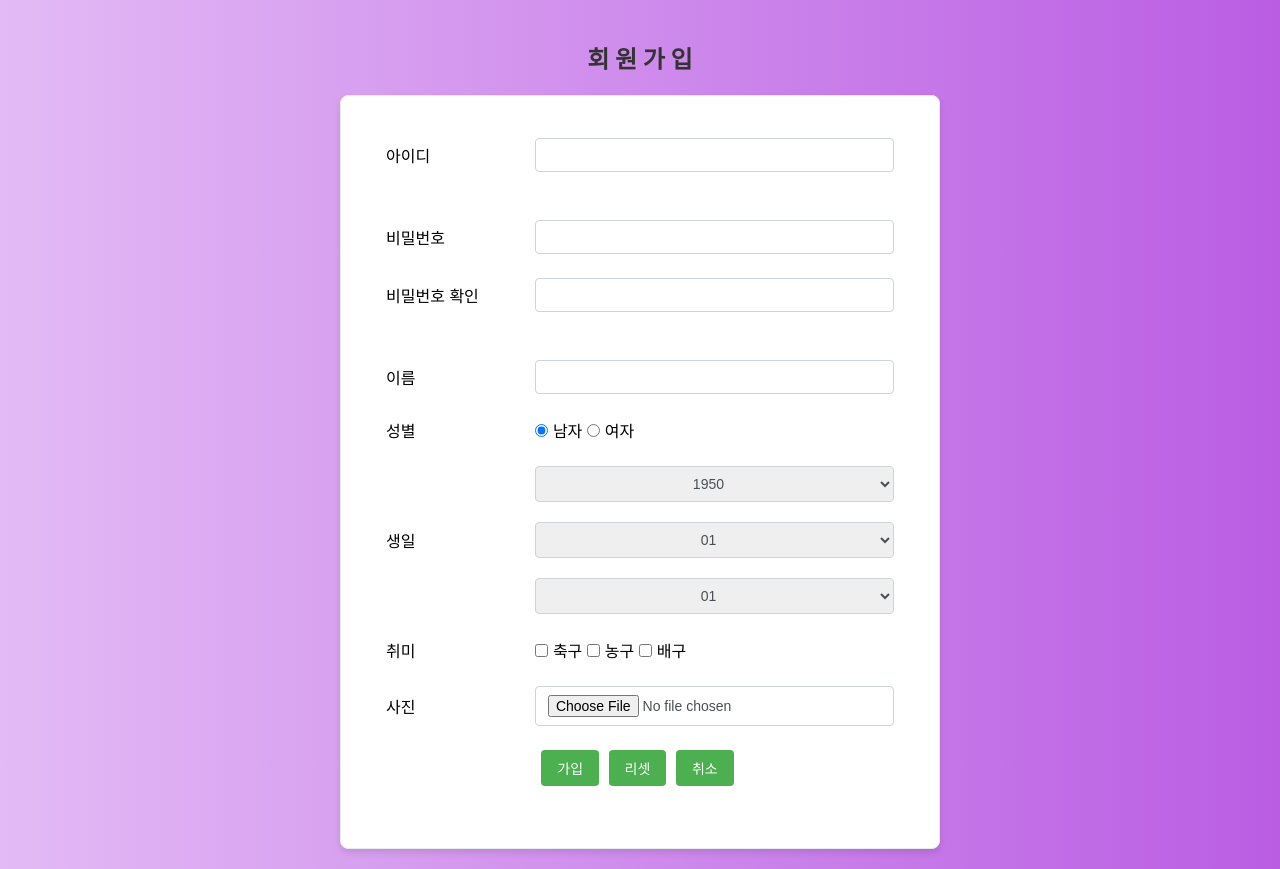
Repository: 1plus1equals3-true/Board-temp
Page: http://localhost/jsp/member/Join.jsp
These files come from the project's save history. The page is drawn as it stood at one moment and after the next save; the edit follows.
The browser window is 1280 px wide. The pictures show the whole page.
The page is served by Tomcat 9. Other server files are loaded and not shown.

Above is the page before, as saved 2025-09-16 02:27:49.

### jsp/src/main/webapp/member/Join.jsp
<%@ page language="java" contentType="text/html; charset=UTF-8"
    pageEncoding="UTF-8"%>
<%@ page import="java.util.Date" %>
<%@ page import="java.text.SimpleDateFormat" %>
<!DOCTYPE html>
<html>
<head>
<meta charset="UTF-8">
<title>회원가입</title>
<script src="https://code.jquery.com/jquery-3.7.1.min.js"></script>
<style>
/* 전역 스타일 */
*{
	margin: 0 auto;
	padding: 0;
	text-align: center;
	box-sizing: border-box;
}

body {
    background: linear-gradient(to right, #e3baf5, #ba5de3);
    font-family: -apple-system, BlinkMacSystemFont, "Segoe UI", Roboto, "Helvetica Neue", Arial, sans-serif;
}

/* 제목 스타일 */
h2 {
    color: #333;
    margin-top: 40px;
    margin-bottom: 20px;
}

/* 폼 컨테이너 */
form {
    background-color: #fff;
    padding: 30px;
    border: 1px solid #e9ecef;
    border-radius: 8px;
    width: 90%;
    max-width: 600px;
    margin: 20px auto;
    box-shadow: 0 4px 6px rgba(0,0,0,0.1);
}

/* 테이블 스타일 (게시판 테이블과 유사하게) */
table {
    width: 100%;
    border-collapse: collapse;
    margin-bottom: 20px;
}

table td {
    padding: 12px 15px;
    text-align: left;
}

/* 입력 필드, 선택 박스 스타일 (검색 폼과 유사하게) */
input[type="text"],
input[type="password"],
input[type="file"],
select {
    padding: 8px 12px;
    border: 1px solid #ced4da;
    border-radius: 4px;
    font-size: 14px;
    color: #495057;
    width: 100%;
    box-sizing: border-box;
}

/* 라디오 버튼, 체크박스 스타일 */
input[type="radio"],
input[type="checkbox"] {
    width: auto;
    margin-right: 5px;
}

/* 버튼 스타일 (게시판 글쓰기, 검색 버튼과 유사하게) */
input[type="submit"],
input[type="reset"],
button {
    padding: 8px 16px;
    border: none;
    border-radius: 4px;
    background-color: #4CAF50;
    color: white;
    font-size: 14px;
    cursor: pointer;
    transition: background-color 0.3s ease;
    margin-right: 5px;
}

input[type="submit"]:hover,
input[type="reset"]:hover,
button:hover {
    background-color: #0056b3;
}

</style>
</head>
<body>
<%
  Date today = new Date(); // 현재 날짜와 시간 객체 생성
  SimpleDateFormat yearFormat = new SimpleDateFormat("yyyy"); // 년도 형식 지정
  String year = yearFormat.format(today); // 년도만 추출
  int intyear = Integer.parseInt(year);
%>
	<h2>회 원 가 입</h2>
<%
	String loginerr = request.getParameter("loginerr");
	if (loginerr != null) out.print("비밀번호가 일치하지 않습니다.");
%>

	<form action="Join_proc.jsp" method="post" enctype="multipart/form-data">
		<table>
		<tr>
		<td>아이디</td>
		<td><input type="text" name="uid" id="uid" onkeyup="id_check()"></td>
		</tr>

		<tr>
		<td colspan="2" style="text-align: center;"><span id="id_msg"></span></td>
		</tr>

		<tr>
		<td>비밀번호</td>
		<td><input type="password" name="upass1" id="upass1" onkeyup="pass_check()"></td>
		</tr>

		<tr>
		<td>비밀번호 확인</td>
		<td><input type="password" name="upass2" id="upass2" onkeyup="pass_check()"></td>
		</tr>

		<tr>
		<td colspan="2" style="text-align: center;"><span id="pass_msg"></span></td>
		</tr>

		<tr>
		<td>이름</td>
		<td><input type="text" name="uname"></td>
		</tr>

		<tr>
		<td>성별</td>
		<td><input type="radio" name="sex" value="M" checked="checked">남자
			<input type="radio" name="sex" value="F">여자</td>
		</tr>

		<tr>
		<td>생일</td>
		<td>
		<select name="yyyy">
		<%
			for (int i=1950; i<=intyear; i++) {
		%>
				<option value="<%= i %>"><%= i %></option>
		<%
			}
		%>
		</select><br><br>

		<select name="mm">
		<%
			for (int i=1; i<=12; i++) {
		%>
				<option value="<%= i %>">
										<% if (i < 10) { %>
											0<%= i %>
										<% } else { %>
											<%= i %>
										<% } %>
				</option>
		<%
			}
		%>
		</select><br><br>

		<select name="dd">
		<%
			for (int i=1; i<=31; i++) {
		%>
				<option value="<%= i %>">
										<% if (i < 10) { %>
											0<%= i %>
										<% } else { %>
											<%= i %>
										<% } %>
				</option>
		<%
			}
		%>
		</select>
		</td>
		</tr>

		<tr>
		<td>취미</td>
		<td><input type="checkbox" name="hobby" value="football">축구
			<input type="checkbox" name="hobby" value="basketball">농구
			<input type="checkbox" name="hobby" value="Volleyball">배구</td>
		</tr>

		<tr>
		<td>사진</td>
		<td><input type="file" name="upfile" accept=".gif, .jpg, .png"></td>
		</tr>

		<tr>
		<td colspan="2" style="text-align: center;"><input type="submit" value="가입">
			<input type="reset" value="리셋">
		<button type="button" onclick="history.back()">취소</button>
		</td>
		</tr>

		</table>
	</form>
</body>

<script type="text/javascript">
function submit_check() {
	var uid = document.getElementById("uid");
	   if(uid.value.trim().length < 4 ){
	      alert('아이디');
	      uid.focus();
	      return;
	}
	   document.join_form.submit();
}

function id_check()
{
   var uid = $('#uid').val();

   if(uid.length < 4)
   {
      return;
   }

   $.ajax({
      url : "./Join_check.jsp",
      type : "post",
      data : {uid: uid},
      dataType : 'html',
      success : function(result){

         var data = result.trim();

         if(data == "Y")
         {
            var msg = "<font color='blue'>아이디 사용 가능</font>";
            $('#id_msg').html(msg);
         }
         else
         {
            var msg = "<font color='red'>아이디 사용 불가</font>";
            $('#id_msg').html(msg);
         }
      },
      error: function (request, status, error) {
           console.log("code: " + request.status)
           console.log("message: " + request.responseText)
           console.log("error: " + error);
       }
   });
   return;
}

function pass_check() {
	var pass1 = $('#upass1').val();
	var pass2 = $('#upass2').val();

	if(pass1.length < 4 || pass2.length < 4)
	   {
			return;
	   }

	if (pass1 == pass2) {
		$('#pass_msg').html("<font color='blue'>비밀번호 확인됨</font>");
	}else {
		$('#pass_msg').html("<font color='red'>비밀번호 서로 다름</font>");
	}
}
</script>


</html>

After the next save:
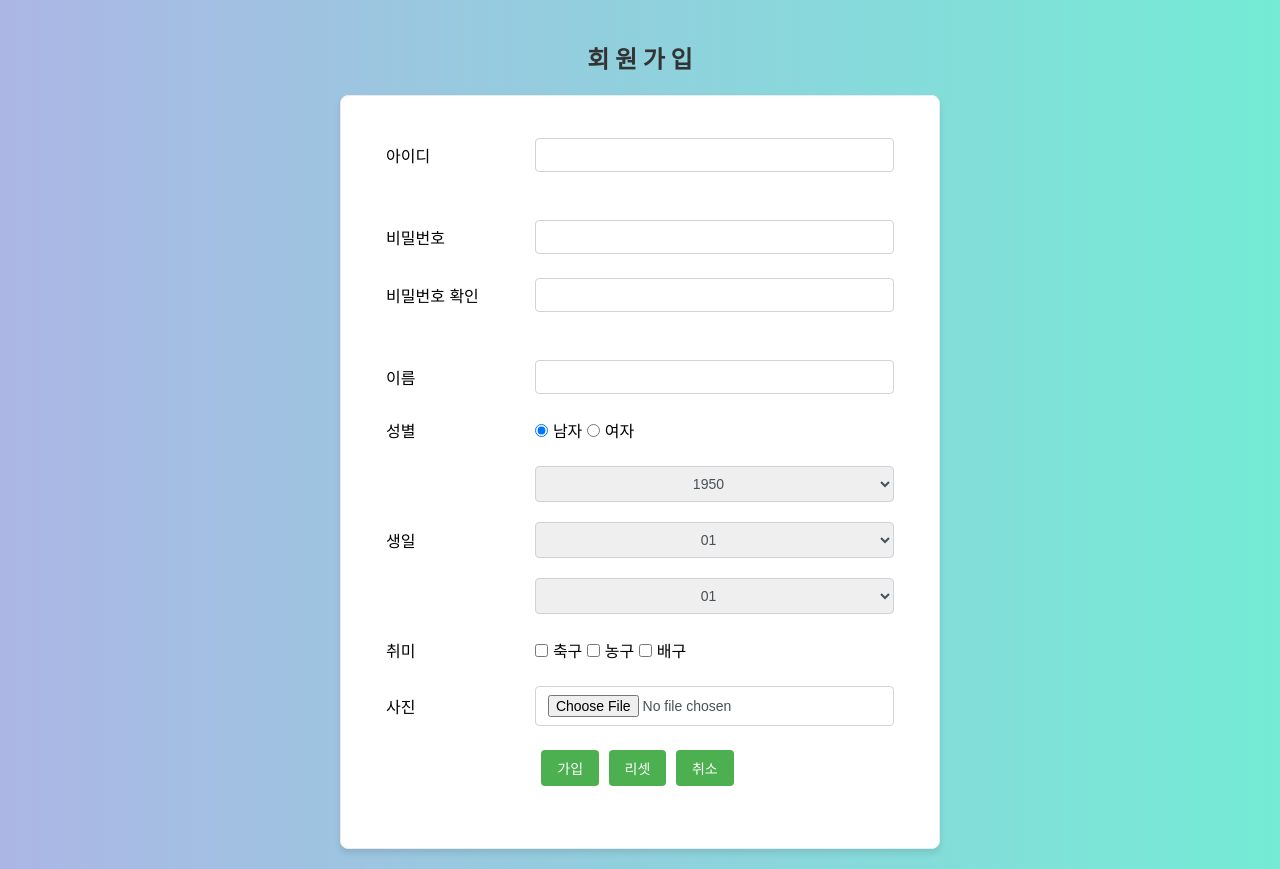
Saved 93 s later.
--- a/jsp/src/main/webapp/member/Join.jsp
+++ b/jsp/src/main/webapp/member/Join.jsp
@@ -18,7 +18,7 @@
 }
 
 body {
-    background: linear-gradient(to right, #e3baf5, #ba5de3);
+    background: linear-gradient(to right, #ACB6E5, #74ebd5);
     font-family: -apple-system, BlinkMacSystemFont, "Segoe UI", Roboto, "Helvetica Neue", Arial, sans-serif;
 }
 
